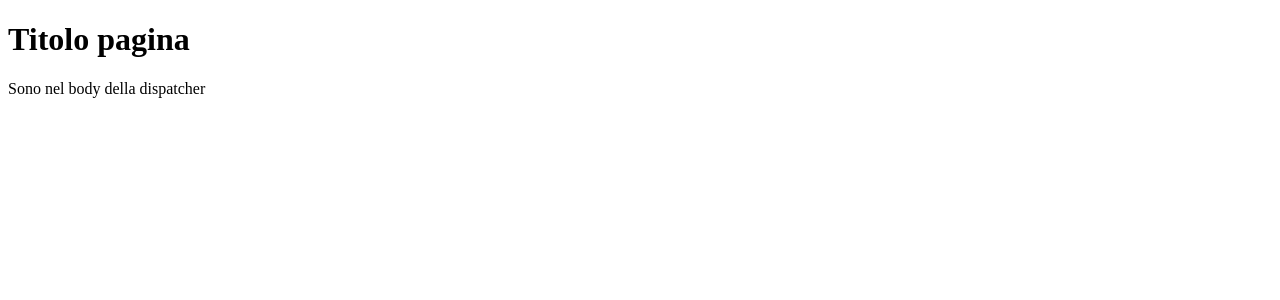
Repository: PcarloP/java_se
Page: http://localhost/anagraficaweb/jsp/login.jsp
These files come from the project's save history. The page is drawn as it stood at one moment and after the next save; the edit follows.
The browser window is 1280 px wide. The pictures show the whole page.
The page is served by Tomcat 10. Other server files are loaded and not shown.

Above is the page before, as saved 2025-06-22 09:46:03.

### anagraficaweb/WebContent/jsp/login.jsp

<jsp:include page="header.jsp" />
<h1>Titolo pagina</h1>
 <p> Sono nel body della dispatcher</p>

### anagraficaweb/WebContent/jsp/header.jsp
<%@ page language="java" contentType="text/html; charset=ISO-8859-1"
	pageEncoding="ISO-8859-1"%>
<!DOCTYPE html>
<html>
<head>
<meta charset="ISO-8859-1">
<title>dashboard</title>

</head>
<body>







</body>
</html>

After the next save:
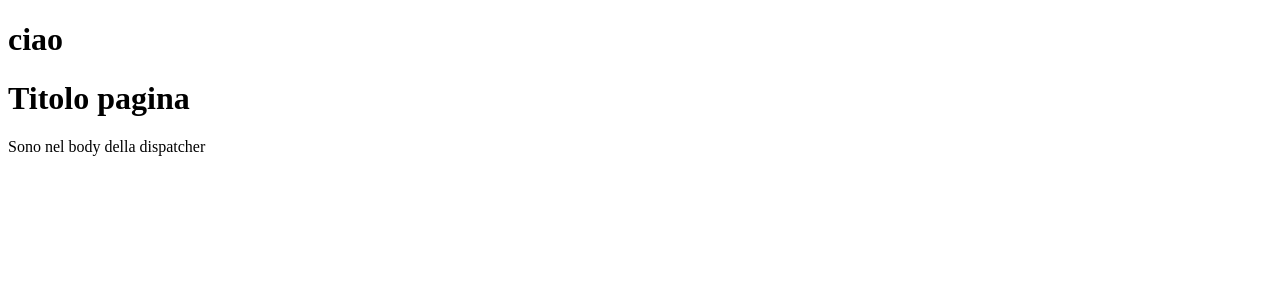
Saved 82 s later.
--- a/anagraficaweb/WebContent/jsp/header.jsp
+++ b/anagraficaweb/WebContent/jsp/header.jsp
@@ -10,8 +10,7 @@
 <body>
 
 
-
-
+<h1>ciao</h1>
 
 
 

After the save that followed:
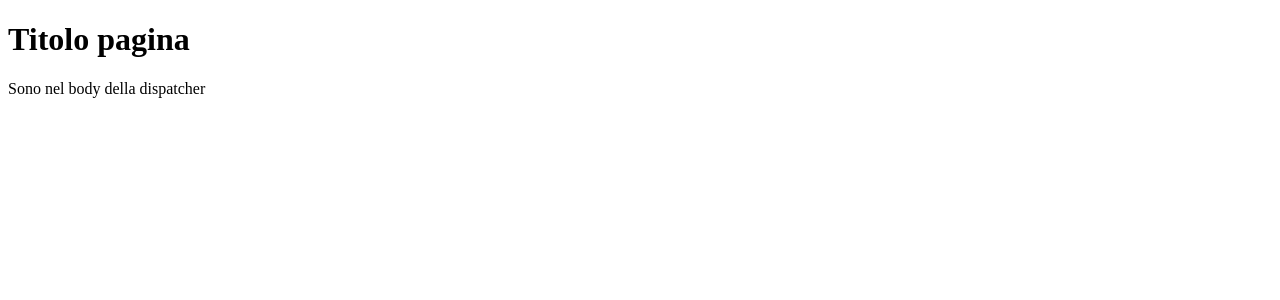
Saved 6 min 35 s later.
--- a/anagraficaweb/WebContent/jsp/header.jsp
+++ b/anagraficaweb/WebContent/jsp/header.jsp
@@ -10,7 +10,7 @@
 <body>
 
 
-<h1>ciao</h1>
+
 
 
 
